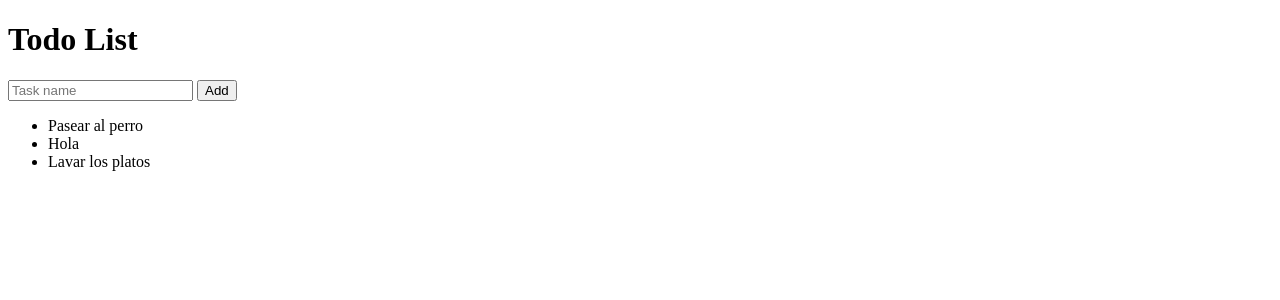
Repository: montsecg/nuclio-javascript-lecture-montse
Page: index.html
The author's editor kept a copy of each file at every save. The page is drawn from the files as they stood at one save, then again after the next save.
The browser window is 1280 px wide. The pictures show the whole page.

Above is the page before, as saved 2021-04-16 00:44:43.

After the next save:
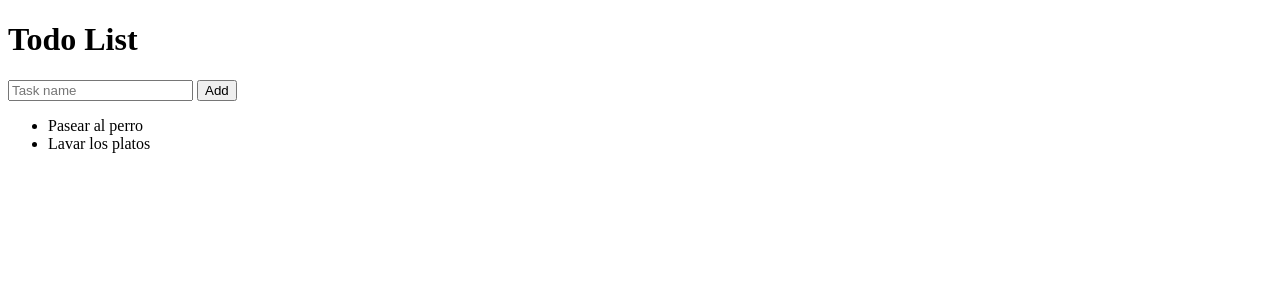
Console error: TypeError: list is not a function
Saved 27 s later.
--- a/index.js
+++ b/index.js
@@ -134,7 +134,7 @@
 const form = document.querySelector ("form");
 const input = document.querySelector ("input");
 const list = document.querySelector (".li");
-console.log(list.text);
+console.log(list("text"));
 
 function addItem (newValue){//sin parámetro
 

After the save that followed:
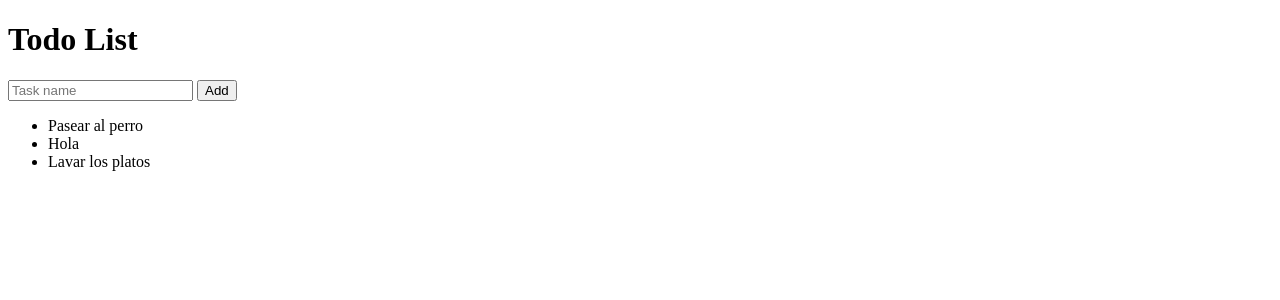
The error is gone.
Saved 15 s later.
--- a/index.js
+++ b/index.js
@@ -134,7 +134,7 @@
 const form = document.querySelector ("form");
 const input = document.querySelector ("input");
 const list = document.querySelector (".li");
-console.log(list("text"));
+console.log(list.textContent);
 
 function addItem (newValue){//sin parámetro
 
